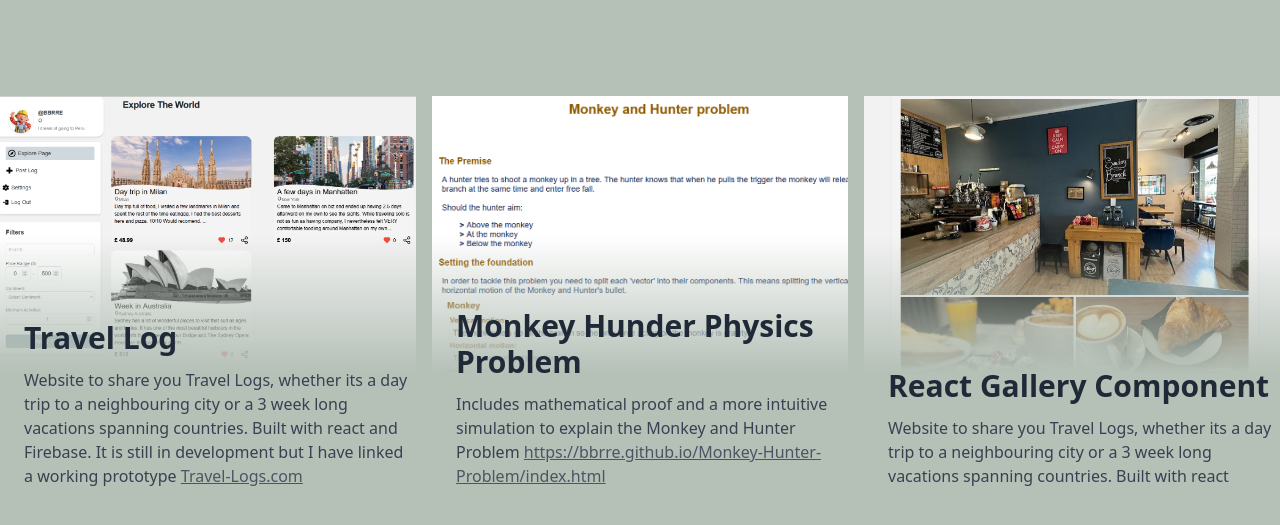
Repository: BBRRE/Portfolio-V2
Page: /#/Computer-Sci
An editor plug-in stored every save of this project. The page is shown before and after the next save, followed by the edit.
The browser window is 1280 px wide. The pictures show the whole page.
Some web fonts or font styles are not loaded; a fallback is used. The project was rebuilt for these pictures with package versions that can differ from the ones it lists, and the page was loaded fresh each time. Also part of the build but not shown: vite.config.js, src/Subjects/Archi.jsx, src/Subjects/EEng.jsx, src/Subjects/Other.jsx, src/Projects Overview.jsx, src/HomePage.jsx, src/ErrorBoundary.jsx.

Above is the page before, as saved 2024-11-29 09:15:45.

### index.html
<!doctype html>
<html lang="en">
  <head>
    <meta charset="UTF-8" />
    <link rel="icon" type="image/svg+xml" href="src\assets\letter-bb.svg" />
    <link href="https://fonts.googleapis.com/css2?family=Inconsolata&family=Italiana&family=Hubballi&family=Julius+Sans+One&display=swap" rel="stylesheet">
    <link rel="preconnect" href="https://fonts.googleapis.com" />
<link rel="preconnect" href="https://fonts.gstatic.com" crossorigin />
<link
  rel="stylesheet"
  href="https://fonts.googleapis.com/css2?family=Roboto:wght@300;400;500;700&display=swap"
/>
<link
  rel="stylesheet"
  href="https://fonts.googleapis.com/icon?family=Material+Icons"
/>

    <meta name="viewport" content="width=device-width, initial-scale=1.0" />
    <title>Bilaal Bare</title>
  </head>
  <body>
    <div id="root"></div>
    <script type="module" src="/src/main.jsx"></script>
  </body>
</html>

### src/main.jsx
import React from 'react'
import ReactDOM from 'react-dom/client'
import App from './App'
import ErrorBoundary from './ErrorBoundary'
import './index.css'

ReactDOM.createRoot(document.getElementById('root')).render(
  <React.StrictMode>
    <ErrorBoundary>
      <App />
    </ErrorBoundary>
  </React.StrictMode>
)

### src/App.jsx
import { HashRouter as Router, Routes, Route } from 'react-router-dom';
import Archi from './Subjects/Archi.jsx'
import CompSci from './Subjects/CompSci.jsx'
import EEng from './Subjects/EEng.jsx'
import Other from './Subjects/Other.jsx'
import { HomePage } from './HomePage'
import { useState, useEffect } from 'react'

function App() {
  useEffect(() => {
    console.log('App component mounted')
  }, [])

  return (
    <Router>
        <Routes>
          <Route path="/" element={<HomePage />} />
          <Route path="/Architecture" element={<Archi />} />
          <Route path="/Electronic-Eng" element={<EEng />} />
          <Route path="/Computer-Sci" element={<CompSci />} />
          <Route path="/Other" element={<Other />} />
        </Routes>
    </Router>
  )
}

export default App

### src/index.css
@tailwind base;
@tailwind components;
@tailwind utilities;

@layer utilities {
  .bg-dot-pattern {
    background-image: radial-gradient(circle, rgba(0, 0, 0, 0.2) 1px, transparent 1px);
    background-size: 50px 50px; /* Adjust the spacing here */
  }
}

### src/Subjects/CompSci.jsx
import React from 'react'
import cs from '../assets/aaaa.png'
import ph from '../assets/Monkey.png'
import tr from '../assets/tra.png'

const CompSci = () => {
  return (
    <div className='bg-[#B5C0B7] w-full h-auto min-h-screen flex gap-4'>
      <div className='relative mx-auto mt-24 w-[700px] h-[400px]'>
        <img src={cs} style={{ WebkitMaskImage: 'linear-gradient(to top, transparent 0%, black 50%)' }} />
        <div className=" absolute bottom-2 left-2 flex flex-col ml-4 gap-3 justify-center">
          <h2 className=" text-left text-xl md:text-2xl lg:text-3xl font-semibold text-gray-800">
            Travel Log
          </h2>
          <p className="text-gray-700 text-sm md:text-base leading-relaxed max-w-[500px]">
            Website to share you Travel Logs, whether its a day trip to a neighbouring city or a 3 week long vacations spanning countries. Built with react
            and Firebase. It is still in development but I have linked a working prototype <a href="https://Travel-Logs.com/" className='underline text-gray-600'>Travel-Logs.com</a>
          </p>
        </div>
      </div>

      <div className='relative mx-auto mt-24 w-[700px] h-[400px]'>
        <img src={ph} style={{ WebkitMaskImage: 'linear-gradient(to top, transparent 0%, black 50%)' }} />
        <div className=" absolute bottom-2 left-2 flex flex-col ml-4 gap-3 justify-center">
          <h2 className=" text-left text-xl md:text-2xl lg:text-3xl font-semibold text-gray-800">
            Monkey Hunder Physics Problem
          </h2>
          <p className="text-gray-700 text-sm md:text-base leading-relaxed max-w-[500px]">
            Includes mathematical proof and a more intuitive simulation to explain the Monkey and Hunter Problem  <a href="https://bbrre.github.io/Monkey-Hunter-Problem/index.html" className='underline text-gray-600'>https://bbrre.github.io/Monkey-Hunter-Problem/index.html</a>        </p>
        </div>
      </div>

      <div className='relative mx-auto mt-24 w-[700px] h-[400px]'>
        <img src={tr} style={{ WebkitMaskImage: 'linear-gradient(to top, transparent 0%, black 50%)' }} />
        <div className=" absolute bottom-2 left-2 flex flex-col ml-4 gap-3 justify-center">
          <h2 className=" text-left text-xl md:text-2xl lg:text-3xl font-semibold text-gray-800">
            React Gallery Component
          </h2>
          <p className="text-gray-700 text-sm md:text-base leading-relaxed max-w-[500px]">
            Website to share you Travel Logs, whether its a day trip to a neighbouring city or a 3 week long vacations spanning countries. Built with react

          </p>
        </div>
      </div>

    </div>
  )
}

export default CompSci

### tailwind.config.js
/** @type {import('tailwindcss').Config} */
export default {
    darkMode: ["class"],
    content: ["index.css",
  "./src/**/*.{js,ts,jsx,tsx}",],
  theme: {
  	extend: {
  		backgroundImage: {
  			noise: "url('/src/assets/nnnoise.svg')",
  			undulate: "url('/src/assets/uuundulate.svg')"
  		},
  		fontFamily: {
  			inconsolata: ['Inconsolata', 'monospace'],
  			italiana: ['Italiana', 'serif'],
  			hubballi: ['Hubballi', 'cursive'],
  			julius: ['Julius Sans One"', 'sans-serif']
  		},
      keyframes: {
        fadeIn: {
          '0%': { opacity: '0' },
          '100%': { opacity: '1' },
        },
      }
  	}
  }
}

After the next save:
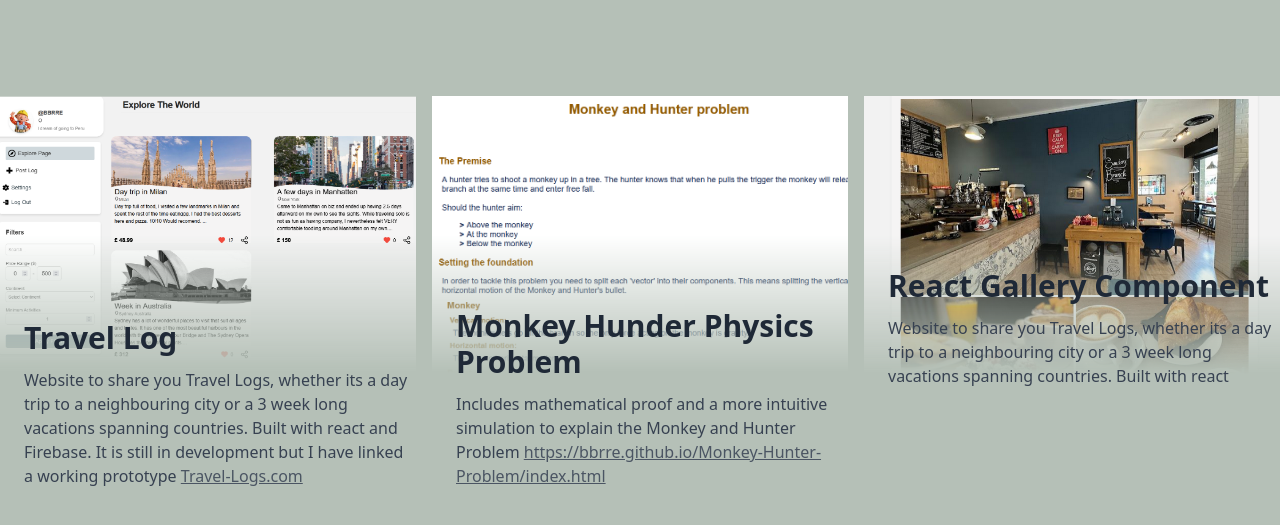
Saved 10 s later.
--- a/src/Subjects/CompSci.jsx
+++ b/src/Subjects/CompSci.jsx
@@ -30,7 +30,7 @@ const CompSci = () => {
         </div>
       </div>
 
-      <div className='relative mx-auto mt-24 w-[700px] h-[400px]'>
+      <div className='relative mx-auto mt-24 w-[700px] h-[300px]'>
         <img src={tr} style={{ WebkitMaskImage: 'linear-gradient(to top, transparent 0%, black 50%)' }} />
         <div className=" absolute bottom-2 left-2 flex flex-col ml-4 gap-3 justify-center">
           <h2 className=" text-left text-xl md:text-2xl lg:text-3xl font-semibold text-gray-800">
